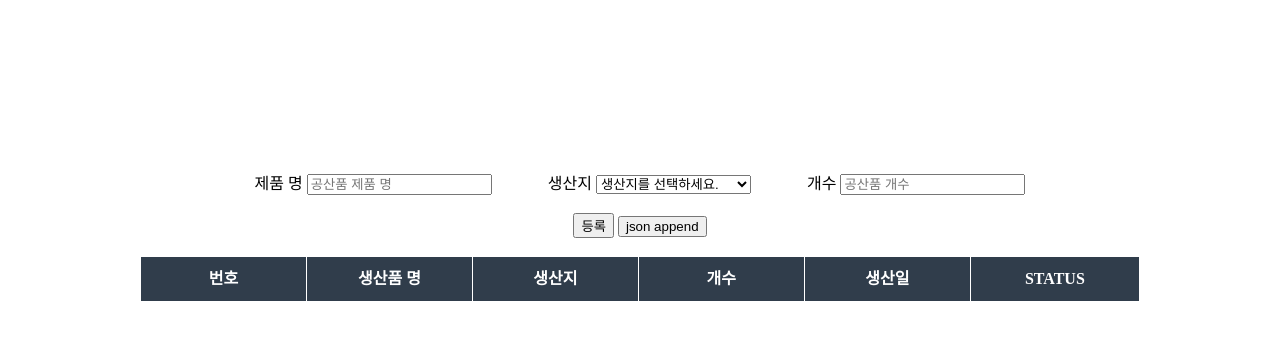
Repository: charmingjae/swproject
Page: http://localhost/board_project/product.jsp
These files come from the project's save history. The page is drawn as it stood at one moment and after the next save; the edit follows.
The browser window is 1280 px wide. The pictures show the whole page.
Some web libraries are served in a nearby version. The page is served by Tomcat 9. Other server files are loaded and not shown. Queries for data that is not in the repository find no rows.

Above is the page before, as saved 2019-10-15 11:20:27.

### board_project/board_project/WebContent/product.jsp
<%@ taglib uri="http://java.sun.com/jsp/jstl/core" prefix="c" %> <!--  0924 append -->
<%@ page session="false" %> <!-- 0924 append -->
<%@ page language="java" contentType="text/html; charset=EUC-KR"
    pageEncoding="EUC-KR"%>
<%@ page import="java.sql.*" %>
<%@ page import="java.util.ArrayList"%>
<%@ taglib prefix="fmt" uri="http://java.sun.com/jsp/jstl/fmt" %>
<style>
	table.type11 {
	    border-collapse: separate;
	    border-spacing: 1px;
	    text-align: center;
	    line-height: 1.5;
	    margin: 20px 10px;
	}
	table.type11 th {
	    width: 155px;
	    padding: 10px;
	    font-weight: bold;
	    vertical-align: top;
	    color: #fff;
	    background: #303D4B ;
	}
	table.type11 td {
	    width: 155px;
	    padding: 10px;
	    vertical-align: top;
	    border-bottom: 1px solid #ccc;
	    background: #eee;
	}
	a:link { color: red; text-decoration: none;}
	a:visited { color: black; text-decoration: none;}
	a:hover { color: blue; text-decoration: none;}
</style>

<script type="text/javascript" src="http://code.jquery.com/jquery-1.10.1.min.js"></script> <!--  0924 append -->
<script language = "javascript">




// SQL
// 0924 append


													// TEST1
/*       $(function() {

        $("#checkJson").click(function() {
          var form = document.writeform;
          //사람 정보
          var blockChain = new Array();

          var blockInfo = new Object();

          blockInfo.name = form.proname.value;
          blockInfo.location = form.proloc.value;
          blockInfo.count = form.pronumber.value;

          blockChain.push(blockInfo);


          //블록체인 정보를 넣음
          var totalInfo = new Object();

          totalInfo.block = blockChain;

          var jsonInfo = JSON.stringify(totalInfo);
          console.log(jsonInfo); //브라우저 f12개발자 모드에서 confole로 확인 가능
          alert(jsonInfo);

        });

      }); */




      												// TEST2
 	$(function() {

        $("#checkJson").click(function() {
          var form = document.writeform;
          //사람 정보
          var blockChain = new Array();

          var blockInfo = new Object();

          blockInfo.sender = form.proname.value;
          blockInfo.recipient = form.proloc.value;
          blockInfo.amount = form.pronumber.value;

          blockChain.push(blockInfo);


          //블록체인 정보를 넣음
          var totalInfo = new Object();

          totalInfo/* .transactions */ = blockChain;

          var jsonInfo = JSON.stringify(totalInfo);
          console.log(jsonInfo); //브라우저 f12개발자 모드에서 confole로 확인 가능
          alert(jsonInfo);

          $.ajax({
        	  type: "POST",
              dataType : "JSON",
              url : "http://localhost:8000/transactions/new/",
              data : jsonInfo,
              success : function(data){
            	  alert("SUCCESS");
              },
              error : function(e){
            	  alert("문제가 일어났습니다.");
              }
          });
        });
      });

//


function writeCheck()
{
	var form = document.writeform;
	if(!form.proname.value)
	{
		alert("제품 명을 선택하세요.");
		form.name.focus();
		return;
	}

	if(!form.proloc.value)
	{
		alert("생산지를 적어주세요.");
		form.proloc.focus();
		return;
	}
	if(!form.pronumber.value)
	{
		alert("개수를 입력하세요.");
		form.pronumber.focus();
		return;
	}
	form.submit();
}



function addRow(){

	   mytable = document.getElementById("table1");  //행을 추가할 테이블
	   row = mytable.insertRow(mytable.rows.length);  //추가할 행


	   cell1 = row.insertCell(0);  //실제 행 추가 여기서의 숫자는 컬럼 수
	   cell2 = row.insertCell(1);
	   cell3 = row.insertCell(2);


       cell1.innerHTML = document.getElementsByName('proname')[0].value; //추가한 행에 원하는  요소추가
	   cell2.innerHTML = document.getElementsByName('proloc')[0].value;
	   cell3.innerHTML = document.getElementsByName('pronumber')[0].value;
	}

function statusChg(){



	if(confirm("상태를 변경하시겠습니까?")){

	}
	else{
		return;
	}

}

	<%

		final int ROWSIZE = 4;
		final int BLOCK = 5;

		int pg = 1;

		if(request.getParameter("pg")!=null){
			pg=Integer.parseInt(request.getParameter("pg"));
		}

		int start = (pg*ROWSIZE) - (ROWSIZE -1);
		int end = (pg*ROWSIZE);

		int allPage = 0;

		int startPage = ((pg-1)/BLOCK*BLOCK)+1;
		int endPage = ((pg-1)/BLOCK*BLOCK)+BLOCK;
	%>
</script>
<!DOCTYPE html PUBLIC "-//W3C//DTD HTML 4.01 Transitional//EN" "http://www.w3.org/TR/html4/loose.dtd">
<html>
	<head>
 		<title> 공산품 관리 </title>
	</head>
 	<body>
 		<table>
			 <center>


				 <form name=writeform method=post action="write_ok.jsp">
				 			<br /><br /><br /><br /><br /><br /><br /><br /><br />
								<label>제품 명 </label>
								<input autocomplete=off list="product" id="prodname" name="proname" placeholder="공산품 제품 명">
									<datalist id="product">
											<option value="AIR JORDAN1">AIR JORDAN1</option>
											<option value="YEEZY BOOST">YEEZY BOOST</option>
									</datalist>
								&emsp;&emsp;&emsp;
								<label>생산지 </label>
							 	<!-- <input autocomplete=off name="proloc" placeholder="생산지" /> -->
									<select id="prodloc" name="proloc" size=1">
										<optgroup label="ASIA">
											<option value="" selected disabled hidden> 생산지를 선택하세요.</option>
											<option value="KR">KR(KOREA)</option>
											<option value="CH">CH(CHINA)</option>
										</optgroup>
									</select>
								&emsp;&emsp;&emsp;
								<label>개수 </label>
								<input autocomplete=off id="prodnumber" name="pronumber" placeholder="공산품 개수"/>
				 </form>



			 </center>
		</table>
 		<br />
		<table width="100%" cellpadding="0" cellspacing="0" border="0" style="margin:auto; text-align:center">


	  		<tr>
	   			<td>
	   				<input type=button value="등록" OnClick = "javascript:writeCheck();">
	   				<input type=button value="json append" id="checkJson">
	   			</td>
	  		</tr>
  		<!-- <script type="text/javascript" src"./js/app.js"></script> -->
		</table>
		<br />

		<table width="1000px" cellpadding="0" cellspacing="0" border="0" style="margin:auto; text-align:center" class="type11">
		<tr>
			<th>번호</th>
			<th>생산품 명</th>
			<th>생산지</th>
			<th>개수</th>
			<th>생산일</th>
			<th>STATUS</th>
		</tr>
  			<%

  			request.setCharacterEncoding("euc-kr");
  			Class.forName("com.mysql.jdbc.Driver");

  			String url = "jdbc:mysql://localhost:3306/pm?characterEncoding=UTF-8 & serverTimezone=UTC";
  			String id = "root";
  			String pass = "ckalswosla1";
  			String product_name = request.getParameter("proname");
  			String nation = request.getParameter("proloc");
  			String count = request.getParameter("pronumber");



  			ResultSet rs = null;
  			ResultSet rs1 = null;
  			int total = 0;
  			/* Statement stmt = null; */
  			try {


  				Connection conn = DriverManager.getConnection(url,id,pass);

  				/* final int ROWSIZE = 4;
  				final int BLOCK = 5;

  				int pg = 1;

  				if(request.getParameter("pg")!=null){
  					pg=Integer.parseInt(request.getParameter("pg"));
  				}

  				int start = (pg*ROWSIZE) - (ROWSIZE -1);
  				int end = (pg*ROWSIZE);

  				int allPage = 0;

  				int startPage = ((pg-1)/BLOCK*BLOCK)+1;
  				int endPage = ((pg-1)/BLOCK*BLOCK)+BLOCK; */

  				String sql = "SELECT * FROM PRODUCT WHERE NO >= " + start + " and NO <= " + end + " ORDER BY NO";
  				String sqlSort = "SELECT COUNT(*) FROM PRODUCT";

  				Statement stmt = conn.createStatement();
  				Statement stmt1 = conn.createStatement();


  				rs1 = stmt1.executeQuery(sqlSort);
  				try{
  	  				if(rs1.next()){
  	  					total = rs1.getInt(1);
  	  				}
  				}catch(NullPointerException e){
  					out.println(e.toString());
  				}

  				rs = stmt.executeQuery(sql);


  				while(rs.next())
  				{
  			%>
  				<tr>
  					<td><%= rs.getString("NO") %></td>
  					<td><%= rs.getString("PRODUCT_NAME") %></td>
  					<td><%= rs.getString("NATION") %></td>
  					<td><%= rs.getString("COUNT") %></td>
  					<td><%= rs.getString("CREATE_DATE") %></td>
  					<td><a class="statusChg" href="javascript:statusChg();">
  					<%= rs.getString("STATUS") %></a>
  					</td>
  				</tr>
  			<%
  				}

  				allPage = (int)Math.ceil(total/(double)ROWSIZE);

  				if(endPage > allPage){
  					endPage = allPage;
  				}

  				rs.close();
  				rs1.close();
				stmt.close();
  				stmt1.close();
  				conn.close();
  			} catch(SQLException e) {
  			out.println( e.toString() );
  			}
  			%>
  			</table>

  			<table width="100%" cellpadding="0" cellspacing="0" border="0">
  				<tr><td colspan="4" height="5"></td></tr>
  				<tr>
  					<td align="center">
  						<%
  							if(pg>BLOCK){
  						%>
  							<a href="product.jsp?pg=1"> ◀◀ </a>
  							<a href="product.jsp?pg=<%=startPage-1%>"> ◀ </a>
  						<%
  							}
  						%>

  						<%
  							for(int i=startPage;i<=endPage;i++){
  								if(i==pg){
  						%>
  								<b> <%= i %>&nbsp; </b>
  						<%
  								}else{
  						%>
  									<a href="product.jsp?pg=<%=i %>"><%= i %>&nbsp;</a>
  						<%
  								}
  							}
  						%>

  						<%
  							if(endPage<allPage){
  						%>
  							<a href="product.jsp?pg=<%=endPage+1 %>"> ▶ </a>
  							<a href="product.jsp?pg=<%=allPage %>"> ▶▶ </a>
  						<%
  							}
  						%>
  						</td>
  						</tr>
  			</table>
	</body>
</html>

After the next save:
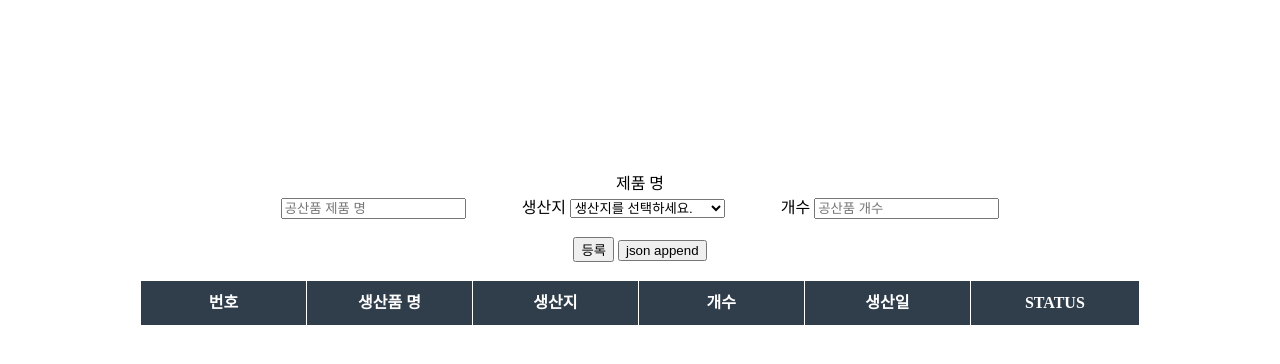
Saved 2 min 26 s later.
--- a/board_project/board_project/WebContent/product.jsp
+++ b/board_project/board_project/WebContent/product.jsp
@@ -208,7 +208,7 @@ function statusChg(){
 
 				 <form name=writeform method=post action="write_ok.jsp">
 				 			<br /><br /><br /><br /><br /><br /><br /><br /><br />
-								<label>제품 명 </label>
+								<label>제품 명 </label><br />
 								<input autocomplete=off list="product" id="prodname" name="proname" placeholder="공산품 제품 명">
 									<datalist id="product">
 											<option value="AIR JORDAN1">AIR JORDAN1</option>
